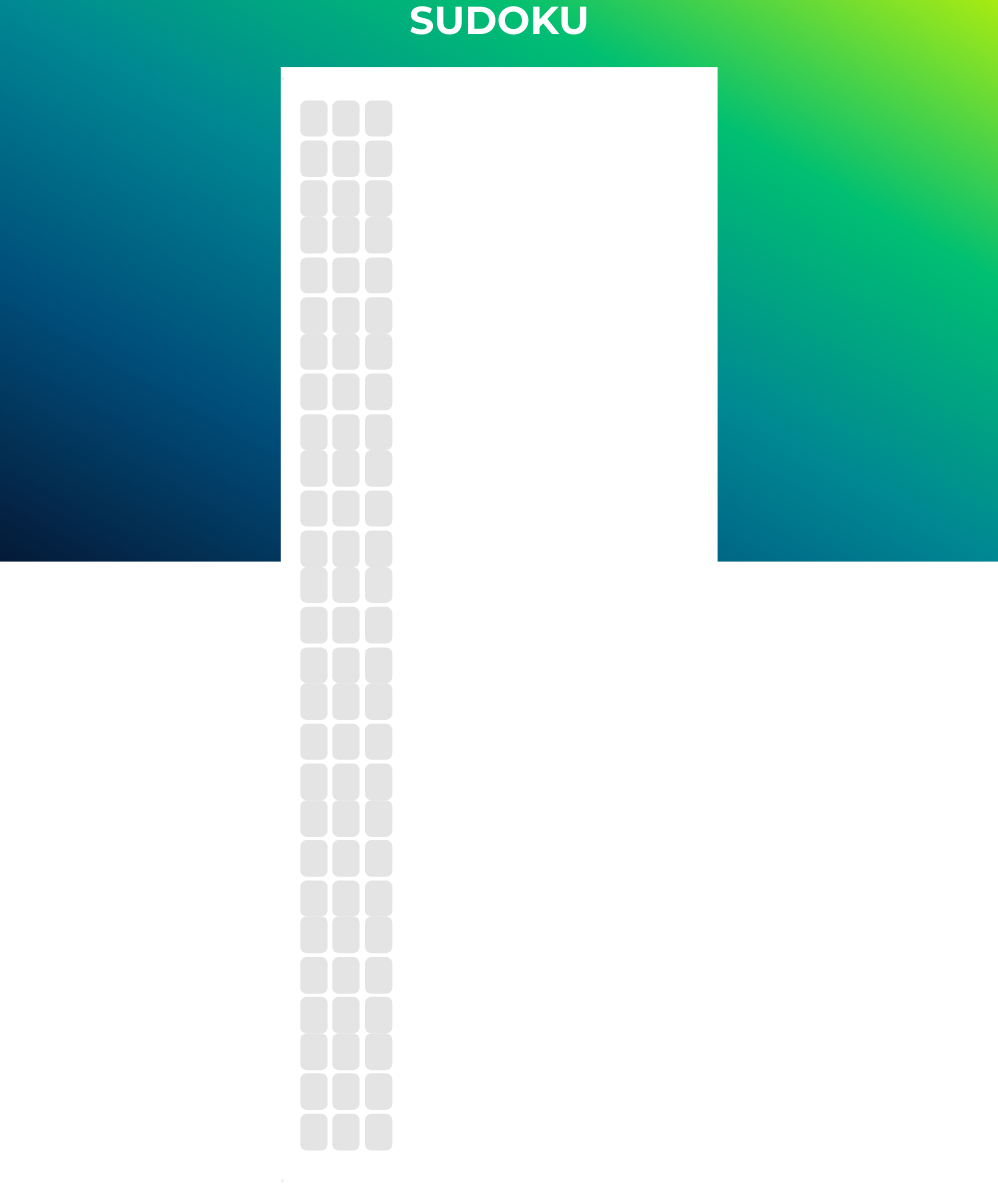
Repository: pattypetrikova/sudoku
Page: index.html
These files come from the project's save history. The page is drawn as it stood at one moment and after the next save; the edit follows.
The browser window is 1280 px wide. The pictures show the whole page, at 78% of full size.
Some web fonts or font styles are not loaded; a fallback is used.

Above is the page before, as saved 2022-12-30 11:46:31.

### index.html
<!DOCTYPE html>
<html lang="en">
<head>
    <meta charset="UTF-8">
    <meta http-equiv="X-UA-Compatible" content="IE=edge">
    <meta name="viewport" content="width=device-width, initial-scale=1.0">
    <link rel="stylesheet" href="./assets/style.css">
    <link rel="preconnect" href="https://fonts.googleapis.com">
    <link rel="preconnect" href="https://fonts.gstatic.com" crossorigin>
    <link href="https://fonts.googleapis.com/css2?family=Erica+One&family=Montserrat:ital,wght@0,700;1,400&display=swap" rel="stylesheet">
    <title>Sudoku</title>
</head>
<body>
    <main class="background">
        <h1 class="title">Sudoku</h1>
        <div class="game">
            <div class="head">
                <div class="buttons">
                    <button class="button start"></button>
                    <div class="time-couner"></div>
                </div>
            </div>
            <div class="gameboard">
                <form class="board-section" action="">
                    <input class="number" type="text">
                    <input class="number" type="text">
                    <input class="number" type="text">
                    <input class="number" type="text">
                    <input class="number" type="text">
                    <input class="number" type="text">
                    <input class="number" type="text">
                    <input class="number" type="text">
                    <input class="number" type="text">
                </form>
                <form class="board-section" action="">
                    <input class="number" type="text">
                    <input class="number" type="text">
                    <input class="number" type="text">
                    <input class="number" type="text">
                    <input class="number" type="text">
                    <input class="number" type="text">
                    <input class="number" type="text">
                    <input class="number" type="text">
                    <input class="number" type="text">
                </form>
                <form class="board-section" action="">
                    <input class="number" type="text">
                    <input class="number" type="text">
                    <input class="number" type="text">
                    <input class="number" type="text">
                    <input class="number" type="text">
                    <input class="number" type="text">
                    <input class="number" type="text">
                    <input class="number" type="text">
                    <input class="number" type="text">
                </form>
                <form class="board-section" action="">
                    <input class="number" type="text">
                    <input class="number" type="text">
                    <input class="number" type="text">
                    <input class="number" type="text">
                    <input class="number" type="text">
                    <input class="number" type="text">
                    <input class="number" type="text">
                    <input class="number" type="text">
                    <input class="number" type="text">
                </form>
                <form class="board-section" action="">
                    <input class="number" type="text">
                    <input class="number" type="text">
                    <input class="number" type="text">
                    <input class="number" type="text">
                    <input class="number" type="text">
                    <input class="number" type="text">
                    <input class="number" type="text">
                    <input class="number" type="text">
                    <input class="number" type="text">
                </form>
                <form class="board-section" action="">
                    <input class="number" type="text">
                    <input class="number" type="text">
                    <input class="number" type="text">
                    <input class="number" type="text">
                    <input class="number" type="text">
                    <input class="number" type="text">
                    <input class="number" type="text">
                    <input class="number" type="text">
                    <input class="number" type="text">
                </form>
                <form class="board-section" action="">
                    <input class="number" type="text">
                    <input class="number" type="text">
                    <input class="number" type="text">
                    <input class="number" type="text">
                    <input class="number" type="text">
                    <input class="number" type="text">
                    <input class="number" type="text">
                    <input class="number" type="text">
                    <input class="number" type="text">
                </form>
                <form class="board-section" action="">
                    <input class="number" type="text">
                    <input class="number" type="text">
                    <input class="number" type="text">
                    <input class="number" type="text">
                    <input class="number" type="text">
                    <input class="number" type="text">
                    <input class="number" type="text">
                    <input class="number" type="text">
                    <input class="number" type="text">
                </form>
                <form class="board-section" action="">
                    <input class="number" type="text">
                    <input class="number" type="text">
                    <input class="number" type="text">
                    <input class="number" type="text">
                    <input class="number" type="text">
                    <input class="number" type="text">
                    <input class="number" type="text">
                    <input class="number" type="text">
                    <input class="number" type="text">
                </form>
            </div>
            <div class="footer">
                <div class="footer-buttons">
                    <button class="button finish"></button>
                </div>
            </div>
        </div>
    </main>
</body>
</html>

### assets/style.css
/* simple reset */
* {
    margin: 0;
    padding: 0;
    box-sizing: border-box;
}

/* general styles */
.background {
    font-family: 'Montserrat', sans-serif;
    color: white;
}

/* project styles */

.background {
    background-image: linear-gradient(to right top, #051937, #004d7a, #008793, #00bf72, #a8eb12);
    height: 100vh;
    display: flex;
    align-items: center;
    justify-content: center;
    flex-direction: column;
}


.game {
    background-color: white;
    min-width: 35em;
    min-height: 40em;
}

.title {
    font-size: 50px;
    color: white;
    text-transform: uppercase;
    padding-bottom: 30px;
}

.gameboard {
    display: grid;
    padding: 1.5em;
}

.board-section {
    display: grid;
    grid-template-columns: 1fr 1fr 1fr;
    justify-items: center;
    gap: .3em;
    max-width: 120px;
}

.number {
    width: 35px;
    height: 3.5em;
    background-color: lightgray;
    outline: none;
    border: none;
    border-radius: 8px;
    opacity: 0.6;
}

After the next save:
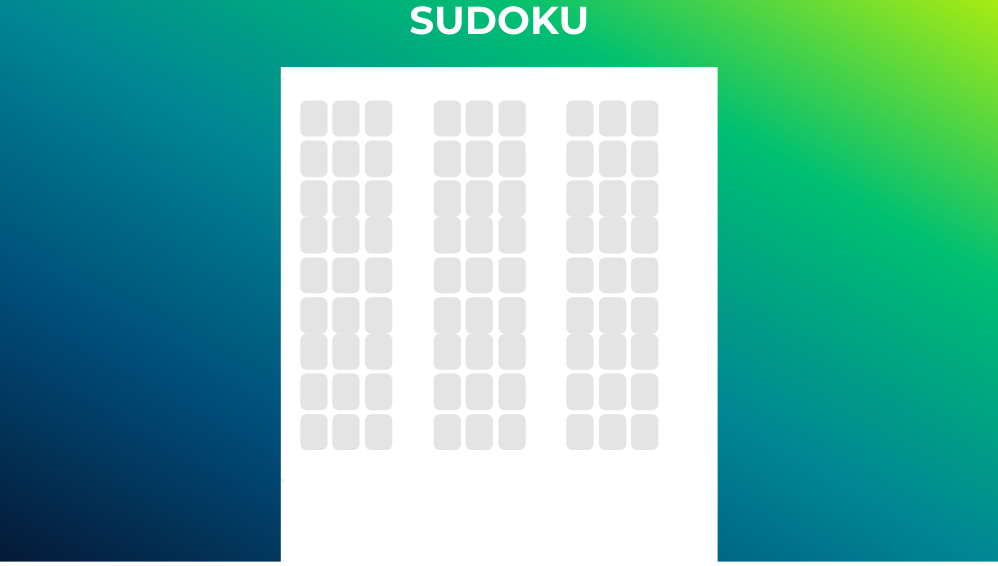
Saved 2 min 41 s later.
--- a/assets/style.css
+++ b/assets/style.css
@@ -39,6 +39,7 @@
 .gameboard {
     display: grid;
     padding: 1.5em;
+    grid-template-columns: 1fr 1fr 1fr;
 }
 
 .board-section {
